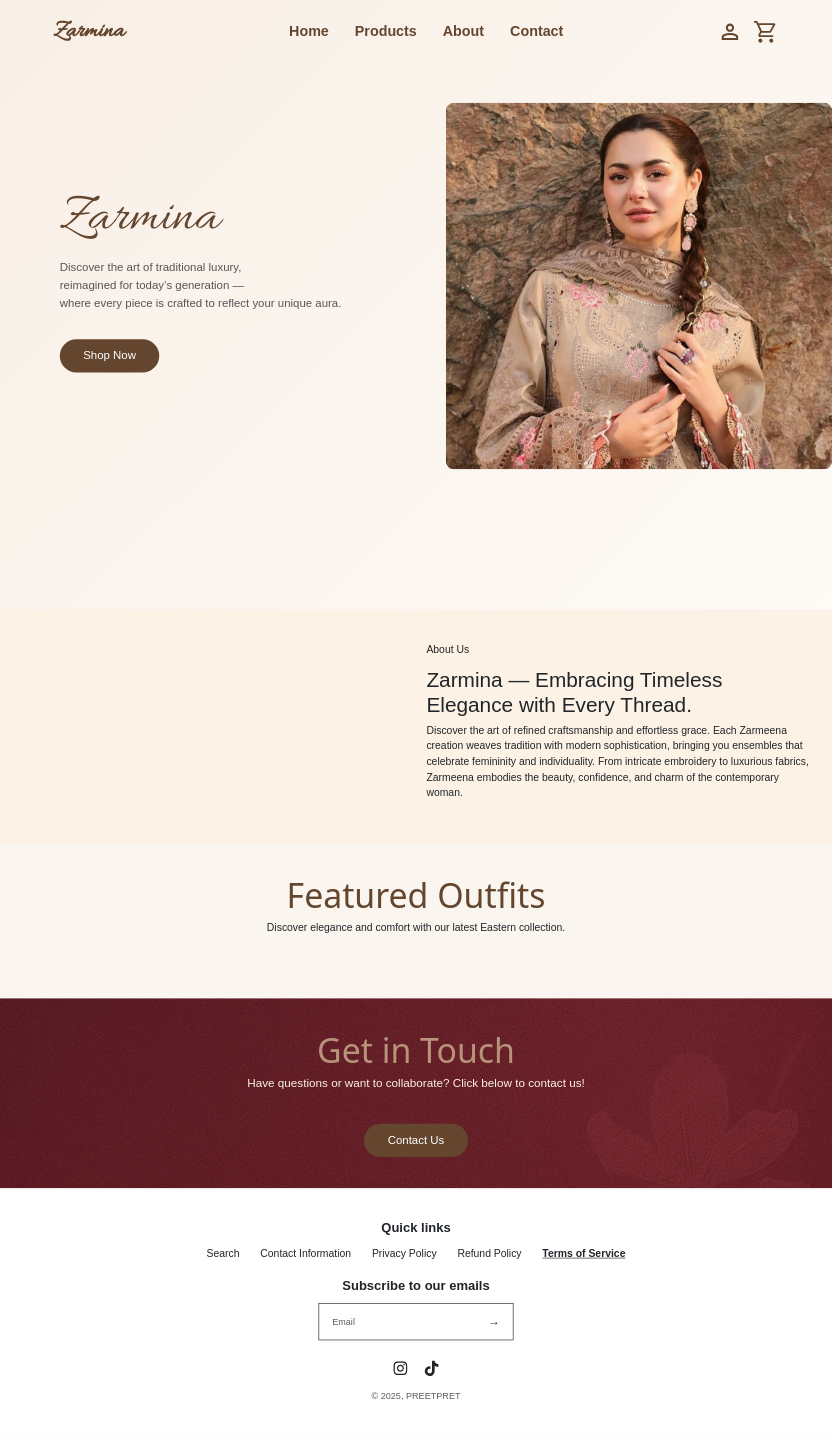
Repository: ayeshatehreem77/Clothing-store
Page: / (app in perfumes-app/)
An editor plug-in stored every save of this project. The page is shown before and after the next save, followed by the edit.
The browser window is 1280 px wide. The pictures show the whole page, at 65% of full size.
Pictures or frames that could not be fetched are drawn as grey boxes. The page's requests for data from a server got no answer. Some web fonts or font styles are not loaded; a fallback is used. The project was rebuilt for these pictures with package versions that can differ from the ones it lists, and the page was loaded fresh each time. No one was signed in, and anything a server would have sent is missing. Also part of the build but not shown: perfumes-app/src/components/Alert.js, perfumes-app/src/components/Reviews.js, perfumes-app/src/components/FeedbackForm.js.

Above is the page before, as saved 2025-10-31 21:01:58.

### perfumes-app/public/index.html
<!DOCTYPE html>
<html lang="en">

<head>
  <meta charset="utf-8" />
  <link rel="icon" href="%PUBLIC_URL%/favicon.ico" />
  <meta name="viewport" content="width=device-width, initial-scale=1" />
  <meta name="theme-color" content="#000000" />
  <meta name="description" content="Web site created using create-react-app" />
  <link rel="apple-touch-icon" href="%PUBLIC_URL%/logo192.png" />
  <!--
      manifest.json provides metadata used when your web app is installed on a
      user's mobile device or desktop. See https://developers.google.com/web/fundamentals/web-app-manifest/
    -->
  <link rel="manifest" href="%PUBLIC_URL%/manifest.json" />

  <title>Zarmina</title>

  <link rel="preconnect" href="https://fonts.googleapis.com">
  <link rel="preconnect" href="https://fonts.gstatic.com" crossorigin>
  <link
    href="https://fonts.googleapis.com/css2?family=Allura&family=Libertinus+Serif+Display&family=Lilita+One&display=swap"
    rel="stylesheet">

</head>

<body>
  <noscript>You need to enable JavaScript to run this app.</noscript>
  <div id="root"></div>
  <!--
      This HTML file is a template.
      If you open it directly in the browser, you will see an empty page.

      You can add webfonts, meta tags, or analytics to this file.
      The build step will place the bundled scripts into the <body> tag.

      To begin the development, run `npm start` or `yarn start`.
      To create a production bundle, use `npm run build` or `yarn build`.
    -->
</body>

</html>

### perfumes-app/src/index.js
import React from 'react';
import ReactDOM from 'react-dom/client';
import './index.css';
import 'bootstrap/dist/css/bootstrap.min.css';
import 'bootstrap/dist/js/bootstrap.bundle.min.js';
import App from './App';
import reportWebVitals from './reportWebVitals';
import { AuthProvider } from './context/AuthContext';

const root = ReactDOM.createRoot(document.getElementById('root'));
root.render(
  <React.StrictMode>
    <AuthProvider>
    <App />
    </AuthProvider>
  </React.StrictMode>
);

// If you want to start measuring performance in your app, pass a function
// to log results (for example: reportWebVitals(console.log))
// or send to an analytics endpoint. Learn more: https://bit.ly/CRA-vitals
reportWebVitals();

### perfumes-app/src/context/AuthContext.js
// src/context/AuthContext.js
import React, { createContext, useState, useEffect } from "react";
import axios from "axios";

export const AuthContext = createContext();

export const AuthProvider = ({ children }) => {
  const [user, setUser] = useState(null);

  // ✅ Fetch user details from backend using token
  const fetchUser = async () => {
    const token = localStorage.getItem("token");
    if (!token) return;

    try {
      const res = await axios.get("http://localhost:4000/auth/user", {
        headers: { Authorization: `Bearer ${token}` },
      });
      setUser(res.data); // { userId, email, role }
    } catch (err) {
      console.error("Failed to fetch user:", err);
      localStorage.removeItem("token");
      setUser(null);
    }
  };

  // ✅ Auto-fetch user on first render (if token exists)
  useEffect(() => {
    fetchUser();
  }, []);

  // ✅ Handle login
  const login = async (email, password) => {
    try {
      const res = await axios.post("http://localhost:4000/auth/login", {
        email,
        password,
      });

      // backend returns { authToken: "..." }
      const token = res.data.authToken;
      if (!token) throw new Error("No token returned");

      localStorage.setItem("token", token);
      await fetchUser(); // instantly update user

      return true; // success
    } catch (err) {
      console.error("Login error:", err.response?.data || err.message);
      throw err.response?.data?.message || "Login failed";
    }
  };

  // ✅ Handle logout
  const logout = () => {
    localStorage.removeItem("token");
    setUser(null);
  };

  return (
    <AuthContext.Provider value={{ user, login, logout, fetchUser }}>
      {children}
    </AuthContext.Provider>
  );
};

### perfumes-app/src/App.css
body {
  font-family: 'Poppins', sans-serif;
  background-color: #FBF5EF;
}

html {
  scroll-behavior: smooth;
}


.veloura-logo {
  font-family: "Allura", cursive;
  font-weight: 400;
  font-style: normal;
  font-size: 37px;
  color: #64462F !important;
}

.navbar {
  background: transparent !important;
}

button.navbar-toggler {
  border: none !important;
}

.navbar-toggler-icon {
  background-image: url("data:[embedded picture, 222 characters]");
}



.nav-link {
  color: #64462F !important;
  font-size: 22px;
  font-weight: 600;
}

.hero-section {
  background: linear-gradient(135deg, #f8efe6, #fefaf6);

  min-height: 100vh;
  display: flex;
  flex-direction: column;
  font-family: "Poppins", sans-serif;
}

/* =============== HERO LAYOUT =============== */
.hero-layout {
  display: flex;
  justify-content: center;
  align-items: flex-start;
  width: 100%;
  max-width: 1400px;
  height: 100vh;
  margin: 60px 0;

}

/* ---------- Left Section ---------- */
.hero-left {
  flex: 1 1;
  position: relative;
  margin: 133px 0px 0 92px;
}

.main-image {
  width: 100%;
  height: 564px;
  border-radius: 12px;
  overflow: hidden;
  /* ✅ ensures image stays inside box */
  position: relative;
  background-color: #93c5fd;
}

/* Make image fill box properly */
.main-image img {
  width: 100%;
  height: 100%;
  object-fit: cover;
  /* ✅ maintains aspect ratio without stretching */
  object-position: center;
  display: block;
}


.side-handle {
  position: absolute;
  left: -50px;
  bottom: 50%;
  transform: rotate(-90deg);
  font-size: 14px;
  color: #555;
  letter-spacing: 2px;
}

/* ---------- Right Section ---------- */
.hero-right {
  flex: 1;
  display: flex;
  flex-direction: column;
  justify-content: space-between;
  gap: 2rem;
}

/* Text Area */
.hero-text h2 {
  font-size: 1.6rem;
  color: #6c6c6c;
  margin-bottom: 5px;
  letter-spacing: 2px;
}

.hero-text h1 {
  font-family: "Allura", cursive;
  font-weight: 400;
  font-style: normal;
  font-size: 5.2rem;
  color: #64462F;
  line-height: 1.1;
}

.hero-text p {
  font-size: 1.1rem;
  color: #555;
  margin-top: 15px;
  line-height: 1.6;
}

.shop-btn {
  background-color: #64462F;
  color: white;
  border: none;
  padding: 12px 36px;
  border-radius: 40px;
  font-size: 1.1rem;
  margin-top: 25px;
  cursor: pointer;
  transition: background-color 0.3s ease;
}

.shop-btn:hover {
  background-color: #a3846d;
}

/* Small Image Grid */
.image-grid {
  display: grid;
  grid-template-columns: repeat(2, 1fr);
  gap: 20px;
}

.small-box {
  height: 200px;
  background-color: #93c5fd;
  border-radius: 12px;
}

/* =============== RESPONSIVE DESIGN =============== */
@media (max-width: 992px) {
  .hero-layout {
    flex-direction: column;
    text-align: center;
  }

  .side-handle {
    display: none;
  }

  .hero-text h1 {
    font-size: 3rem;
  }

  .main-image {
    height: 400px;
  }
}


.products-section h2 {
  font-family: "Libertinus Serif Display", system-ui;
  font-weight: 400;
  font-style: normal;
  font-size: 52px;
  color: #64462F;
}

.product-card {
  transition: all 0.3s ease-in-out;
  border-radius: 10px;
  background: transparent;
}

.card-img {
  border-radius: 10px;
  /* background: #FCF2E6; */
  background: #64462F;
}

.product-card:hover {
  transform: translateY(-5px);
}

.card-text,
.card-title {
  font-size: 23px;
  color: #64462F;
}

/* about us */

.aboutus {
  display: grid;
  grid-template-columns: 1fr 1fr;
  gap: 2rem;
  align-items: center;
  padding: 2rem;
  background: #FCF2E6;
}

.right-section video {
  width: 70%;
  max-height: 80vh;
  height: 100%;
  object-fit: cover;
  display: block;
}

/* product details */


.modal-header p {
  font-size: 14px;
  color: #451b277a;
}

.product-img {
  width: 100%;
  border-radius: 10px;
}

.product-title {
  font-family: "Libertinus Serif Display", system-ui;
  font-weight: 400;
  font-style: normal;
  font-size: 36px;
  color: #64462F;
}



.modal-content {
  background: #FCF2E6 !important;
  margin: auto !important;
  height: auto;
  overflow: hidden;
}

.breadcrumb-item a {
  text-decoration: none !important;
  color: black !important;
}

.modal-dialog {
  max-width: 900px;
  display: flex;
  align-items: center;
  justify-content: center;
  min-height: calc(100vh - 2rem);
  /* keeps it centered */
}

/* Optional - pretty scrollbar inside modal */
.modal-content::-webkit-scrollbar {
  width: 8px;
}

.modal-content::-webkit-scrollbar-thumb {
  background: #d4b191;
  border-radius: 10px;
}

.modal-content::-webkit-scrollbar-thumb:hover {
  background: #b8937a;
}

.modal-body {
  padding: 2rem !important;
}

.gender,
.concentration {
  background-color: #D4B191;
  border-radius: 21%;
  padding: 6px 11px;
  margin-bottom: 5px;
}

.add-cart-btn {
  margin-top: 1rem;
  background-color: #D4B191;
  padding: 10px 25px;
  color: #451B27;
  font-weight: 600;
}

.product-detail {
  margin-top: 0;
  margin-bottom: 1rem;
  font-size: 13px;
  color: #8b745e;
}

.btn-close:focus {
  box-shadow: none !important;
  outline: none !important;
}

/* contact us */

.contact-us {
  background-image: url("Assets/contactus2-bg.png");
  background-position: center;
  background-repeat: no-repeat;
  background-size: cover;
}

.contact-section h2 {
  font-family: "Libertinus Serif Display", system-ui;
  font-weight: 400;
  font-style: normal;
  font-size: 52px;
  color: #b8937a;
  text-align: center;
}

.contact-section p {
  font-size: 18px;
  color: #FCF2E6;
  /* accent purple */
  margin-bottom: 3rem;
  text-align: center;
}

.contact-form {
  max-width: 600px;
  margin: 0 auto;
  display: grid;
  gap: 1.5rem;
}

.contact-form input,
.contact-form textarea {
  padding: 1rem 1.2rem;
  border: 2px solid #D4B191;
  /* brand pink/gold */
  border-radius: 10px;
  font-size: 16px;
  width: 100%;
  outline: none;
  transition: border 0.3s, box-shadow 0.3s;
}

.contact-form input:focus,
.contact-form textarea:focus {
  border-color: #5E1E27;
  /* pink highlight */
  box-shadow: 0 0 10px rgba(252, 65, 90, 0.2);
}

.contact-form button {
  background-color: #D4B191;
  color: #451B27;
  padding: 1rem 2.5rem;
  font-size: 18px;
  font-weight: 600;
  border: none;
  border-radius: 10px;
  cursor: pointer;
  transition: transform 0.3s, background 0.3s;
}

.rev-name {
  margin: auto;
  background-color: transparent;
  width: 100%;
}

.contact-form button:hover {
  background-color: #5E1E27;
  color: #fff;
  transform: scale(1.05);
}

/* Responsive */
@media (max-width: 768px) {
  .contact-form {
    gap: 1rem;
  }

  .contact-section h2 {
    font-size: 36px;
  }

  .contact-section p {
    font-size: 16px;
  }
}

/* Copyright */


 footer {
    position: relative;
    bottom: 0;
    width: 100%;
    background-color: #4c3239c2;
}


/* login modal */

.auth-modal-content {
  background-color: #fdf7f2 !important;
  border-radius: 16px;
  border: none;
  box-shadow: 0 4px 20px rgba(0, 0, 0, 0.1);
  height: 90vh !important;
  width: 70%;
}

.auth-title {
  color: #4c0d23;
  font-weight: 700;
}

.auth-login-btn {
  background-color: #4c0d23;
  color: #fff;
  border-radius: 12px;
  transition: background-color 0.3s ease;
}

.auth-login-btn:hover {
  background-color: #300818;
}

.auth-signup-btn {
  border: 2px solid #b8860b;
  color: #b8860b;
  border-radius: 12px;
  background-color: transparent;
  transition: all 0.3s ease;
}

.auth-signup-btn:hover {
  background-color: #b8860b;
  color: #fff;
}

.auth-forgot-link {
  color: #4c0d23;
  text-decoration: none;
  font-weight: 500;
}

.auth-forgot-link:hover {
  text-decoration: underline;
}

.authfade-enter {
  opacity: 0;
  transform: translateY(10px);
}

.authfade-enter-active {
  opacity: 1;
  transform: translateY(0);
  transition: opacity 300ms ease, transform 300ms ease;
}

.authfade-exit {
  opacity: 1;
  transform: translateY(0);
}

.authfade-exit-active {
  opacity: 0;
  transform: translateY(-10px);
  transition: opacity 300ms ease, transform 300ms ease;
}

### perfumes-app/src/components/Aboutus.js
import React, { useEffect, useRef } from 'react';

function Aboutus() {
  const videoRef = useRef(null);

  useEffect(() => {
    if (videoRef.current) {
      const playPromise = videoRef.current.play();
      if (playPromise !== undefined) {
        playPromise.catch((error) => {
          console.log("Autoplay prevented:", error);
        });
      }
    }
  }, []);

  return (
    <div id='about' className="aboutus" style={{  }}>
      <div className="right-section">
        <video
          ref={videoRef}
          autoPlay
          muted
          loop
          playsInline
          style={{ width: "100%", height: "auto", borderRadius: "12px", objectFit: "cover" }}
        >
          <source src="/assets/aboutusvideo.mp4" type="video/mp4" />
          Your browser does not support the video tag.
        </video>
      </div>
      <div className="left-section">
        <p>About Us</p>
        <h2>
         Zarmina — Embracing Timeless Elegance with Every Thread.
        </h2>
        <p>Discover the art of refined craftsmanship and effortless grace. Each Zarmeena creation weaves tradition with modern sophistication, bringing you ensembles that celebrate femininity and individuality. From intricate embroidery to luxurious fabrics, Zarmeena embodies the beauty, confidence, and charm of the contemporary woman.</p>
      </div>
    </div>
  );
}

export default Aboutus;

### perfumes-app/src/components/ContactForm.js
import React from 'react'

function ContactForm() {
  return (
    <div className='contact-us align-center text-center'>
        <div className='contact-section pt-5'>
      <h2>
        Get in Touch
      </h2>
      <p>
        Have questions or want to collaborate? Click below to contact us!
      </p>
        </div>
      <button
        type="button"
        className="btn btn-lg mb-5 mt-0 shop-btn"
        data-bs-toggle="modal"
        data-bs-target="#contactModal"
      >
        Contact Us
      </button>
    </div>
  )
}

export default ContactForm

### perfumes-app/src/components/Footer.js
import React from "react";
import { FaInstagram, FaTiktok } from "react-icons/fa";

const Footer = () => {
  return (
    <footer className="bg-white text-center py-5 border-top">
      <div className="container">
        {/* Quick Links */}
        <h5 className="fw-bold mb-3">Quick links</h5>
        <ul className="list-inline mb-4">
          <li className="list-inline-item mx-3">
            <a href="#" className="text-dark text-decoration-none fw-medium">
              Search
            </a>
          </li>
          <li className="list-inline-item mx-3">
            <a href="#" className="text-dark text-decoration-none fw-medium">
              Contact Information
            </a>
          </li>
          <li className="list-inline-item mx-3">
            <a href="#" className="text-dark text-decoration-none fw-medium">
              Privacy Policy
            </a>
          </li>
          <li className="list-inline-item mx-3">
            <a href="#" className="text-dark text-decoration-none fw-medium">
              Refund Policy
            </a>
          </li>
          <li className="list-inline-item mx-3">
            <a href="#" className="text-dark text-decoration-none fw-bold text-decoration-underline">
              Terms of Service
            </a>
          </li>
        </ul>

        {/* Subscribe Section */}
        <div className="d-flex flex-column align-items-center mb-4">
          <h5 className="fw-bold mb-3">Subscribe to our emails</h5>
          <div className="d-flex border border-dark p-2" style={{ width: "300px" }}>
            <input
              type="email"
              className="form-control border-0 shadow-none"
              placeholder="Email"
              style={{ fontSize: "14px" }}
            />
            <button className="btn border-0 text-dark">
              <span style={{ fontSize: "18px" }}>→</span>
            </button>
          </div>
        </div>

        {/* Social Icons */}
        <div className="d-flex justify-content-center align-items-center gap-4 mb-3">
          <a href="#" className="text-dark fs-4">
            <FaInstagram />
          </a>
          <a href="#" className="text-dark fs-4">
            <FaTiktok />
          </a>
        </div>

        {/* Copyright */}
        <p className="text-muted small mb-0">
          © {new Date().getFullYear()}, <span className="text-uppercase">Preetpret</span>
        </p>
      </div>
    </footer>
  );
};

export default Footer;

### perfumes-app/src/components/Hero.js
import React from "react";
import Navbar from "./Navbar";

function Hero() {
  return (
    <div className="hero-section">
      <Navbar />

      <div className="hero-layout">
        {/* Left Main Image Box */}
        <div className="hero-left">
          <div className="hero-text">
            <h1>Zarmina</h1>
            <p>
              Discover the art of traditional luxury, <br/> reimagined for today’s generation — <br/> where every piece is crafted to reflect your unique aura.
            </p>
            <button className="shop-btn">Shop Now</button>
          </div>
        </div>

        {/* Right Side Content */}
        <div className="hero-right">
          <div className="main-image">
            <img src="assets/hero-img1.jpg" alt="" />
          </div>
        </div>
      </div>
    </div>
  );
}

export default Hero;

### perfumes-app/src/components/Products.js
import React, { useEffect, useState } from "react";

function Products({ setSelectedProduct }) {
  const [products, setProducts] = useState([]);
  const [loading, setLoading] = useState(true);

  useEffect(() => {
    const fetchProducts = async () => {
      try {
        const res = await fetch("http://localhost:4000/products");
        const data = await res.json();

        console.log("Fetched products:", data); // 👀 check console to confirm shape
        // Adjust depending on your backend response
        setProducts(data.data || data);
      } catch (error) {
        console.error("Failed to fetch products:", error);
      } finally {
        setLoading(false);
      }
    };

    fetchProducts();
  }, []);

  if (loading) return <p className="text-center">Loading products...</p>;

  return (
    <div id="products" className="products-section py-5">
      <div className="container w-75">
        <div className="product-text text-center mb-5">
          <h2>Featured Outfits</h2>
          <p className="mx-5 mb-5">
            Discover elegance and comfort with our latest Eastern collection.
          </p>
        </div>

        <div className="row">
          {products.map((product) => (
            <div className="col-md-4 mb-4" key={product._id}>
              <div
                className="card border-0 product-card h-100"
                data-bs-toggle="modal"
                data-bs-target="#productsDetails"
                onClick={() => setSelectedProduct(product)}
              >
                <img
                   src={`http://localhost:4000${product.images?.[0]}`}
                  className="card-img card-img-top"
                  alt={product.name}
                />
                <div className="card-body text-center">
                  <h5 className="card-title">{product.name}</h5>
                  <p className="card-text text-muted">Rs. {product.price}</p>
                </div>
              </div>
            </div>
          ))}
        </div>
      </div>
    </div>
  );
}

export default Products;

Loaded but not shown: perfumes-app/src/index.css (common file); perfumes-app/src/reportWebVitals.js (common file); perfumes-app/src/components/Login.js (294 lines, source omitted); perfumes-app/src/components/ProductsDetails.js (173 lines, source omitted); perfumes-app/src/components/AddToCart.js (158 lines, source omitted); perfumes-app/src/components/ContactModal.js (121 lines, source omitted); perfumes-app/src/App.js (116 lines, source omitted); perfumes-app/src/components/Navbar.js (47 lines, source omitted)

After the next save:
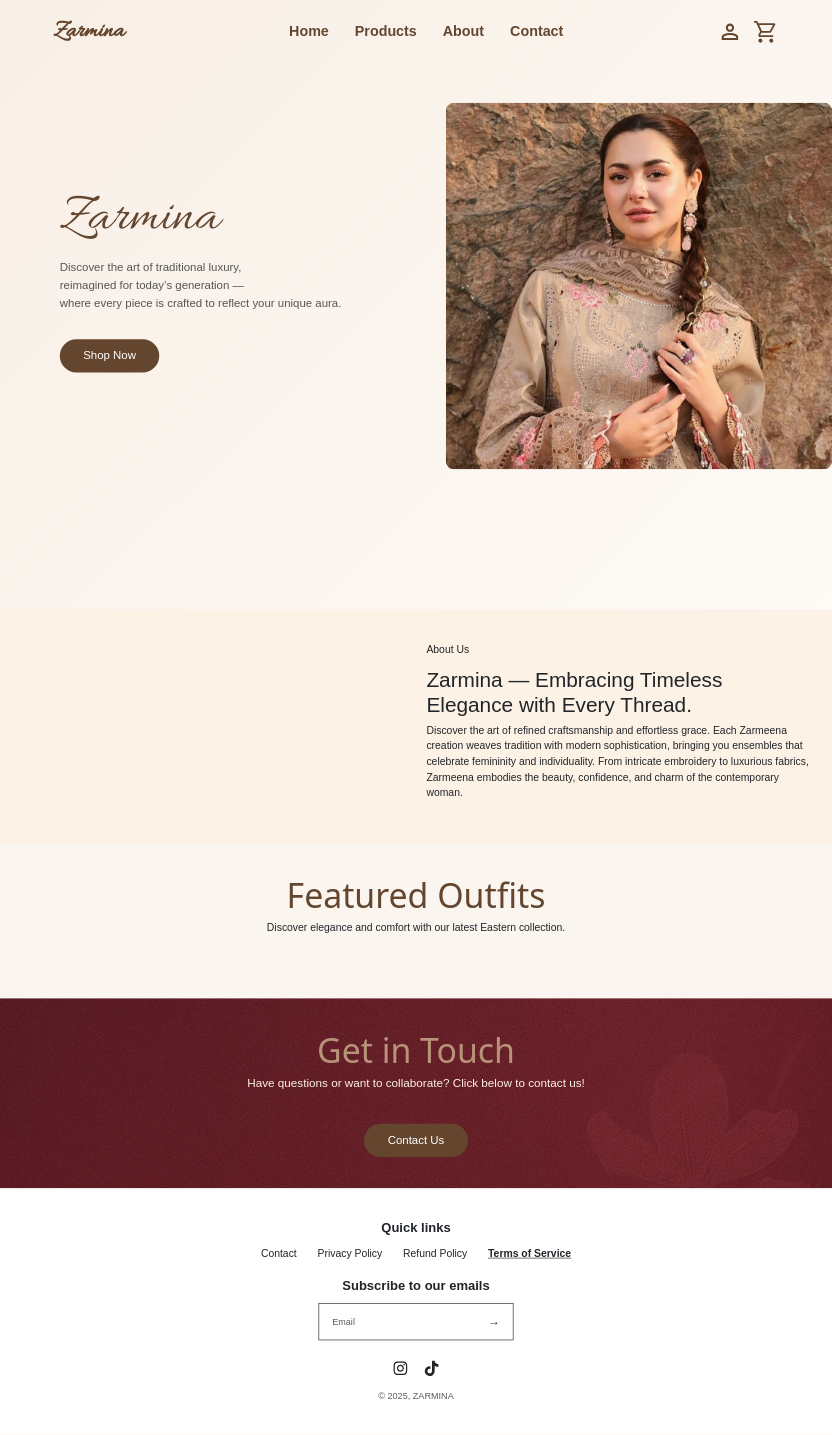
Saved 3 min 8 s later.
--- a/perfumes-app/src/components/Footer.js
+++ b/perfumes-app/src/components/Footer.js
@@ -10,12 +10,7 @@ const Footer = () => {
         <ul className="list-inline mb-4">
           <li className="list-inline-item mx-3">
             <a href="#" className="text-dark text-decoration-none fw-medium">
-              Search
-            </a>
-          </li>
-          <li className="list-inline-item mx-3">
-            <a href="#" className="text-dark text-decoration-none fw-medium">
-              Contact Information
+              Contact
             </a>
           </li>
           <li className="list-inline-item mx-3">
@@ -63,7 +58,7 @@ const Footer = () => {
 
         {/* Copyright */}
         <p className="text-muted small mb-0">
-          © {new Date().getFullYear()}, <span className="text-uppercase">Preetpret</span>
+          © {new Date().getFullYear()}, <span className="text-uppercase">Zarmina</span>
         </p>
       </div>
     </footer>
